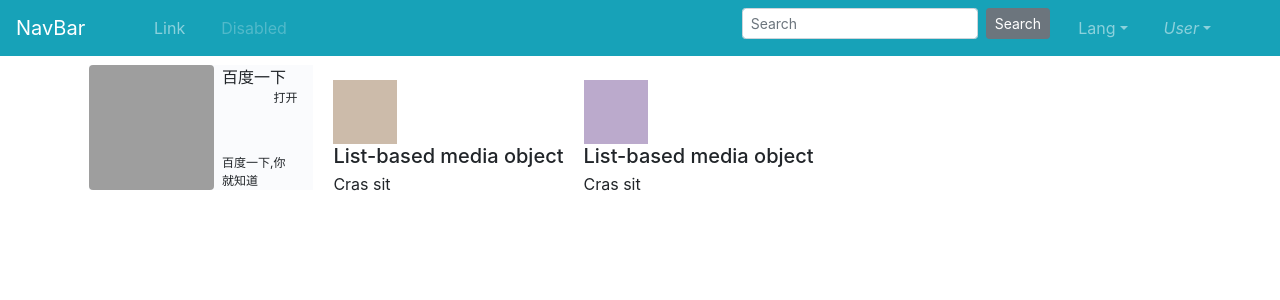
Repository: Funnyrz/vue-nav
Page: /
An editor plug-in stored every save of this project. The page is shown before and after the next save, followed by the edit.
The browser window is 1280 px wide. The pictures show the whole page.
Pictures or frames that could not be fetched are drawn as grey boxes. The project was rebuilt for these pictures with package versions that can differ from the ones it lists, and the page was loaded fresh each time.

Above is the page before, as saved 2020-08-26 12:39:42.

After the next save:
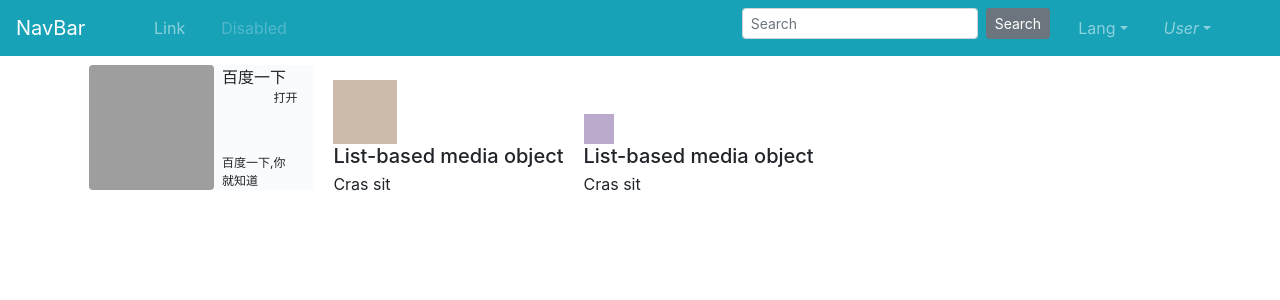
Saved 22 h 17 min later.
--- a/src/components/HelloWorld.vue
+++ b/src/components/HelloWorld.vue
@@ -69,7 +69,7 @@
 
             <b-media tag="li">
               <template v-slot:aside>
-                <b-img blank blank-color="#bac" width="64" alt="placeholder"></b-img>
+                <b-img blank blank-color="#bac" width="30" alt="placeholder"></b-img>
               </template>
 
               <h5 class="mt-0 mb-1">List-based media object</h5>
